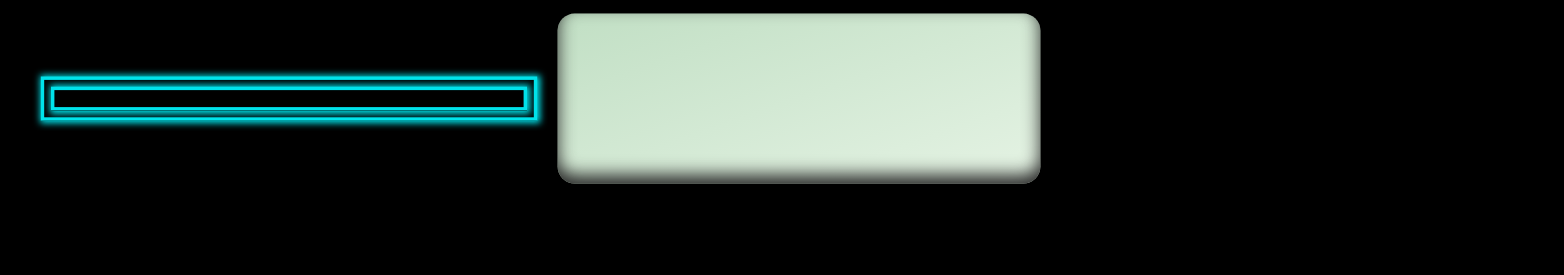
Repository: KhangNguyen3006/WebUI-UX
Page: /
An editor plug-in stored every save of this project. The page is shown before and after the next save, followed by the edit.
The browser window is 1280 px wide. The page is 1840 px wide, then 1280 px, so the pictures cover 1840 px, including what lies to the right of the window. The pictures show the whole page, at 85% of full size.
The project was rebuilt for these pictures with package versions that can differ from the ones it lists, and the page was loaded fresh each time. Also part of the build but not shown: src/App.css.

Above is the page before, as saved 2023-05-04 02:30:31.

### src/index.js
import React from 'react';
import ReactDOM from 'react-dom';
import './index.css';
import App from './App';
import reportWebVitals from './reportWebVitals';
import 'bootstrap/dist/css/bootstrap.min.css';
import './assets/css/Custom.css';

const root = ReactDOM.createRoot(document.getElementById('root'));
root.render(
  <React.StrictMode>
    <App />
  </React.StrictMode>
);

// If you want to start measuring performance in your app, pass a function
// to log results (for example: reportWebVitals(console.log))
// or send to an analytics endpoint. Learn more: https://bit.ly/CRA-vitals
reportWebVitals();

### src/App.js

import './App.css';
import HomePage from './pages/HomePage';

function App() {
  return (
    <div>
      <HomePage />
    </div>
  );
}

export default App

### src/assets/css/Custom.css
@import url(Home.css);
@import url(Rectangle.css);

body {
    margin: auto;
    padding: auto;
    background-color: #000;
}

* {
    box-sizing: border-box;
    width: auto;
    margin: auto;
    padding: 0;
}

### src/pages/HomePage.jsx
import React, { Component } from 'react'
import Home from '../components/home/Home'


class HomePage extends Component {
  render() {
    return (
      <div>
        <Home />
      </div>
    )
  }
}

export default HomePage

### src/assets/css/Home.css

.rectangle-linear-gradient {
    height: 200px;
    border-radius: 20px;
    box-shadow: 0px -10px 20px rgba(41, 41, 41, 1) inset;
    background-image: linear-gradient(to bottom right, #C1DFC4, #E5F3E4);
}

/* --------------------------------------------------------------------------- */

.pentagon-main {
    position: relative;
    display: flex;
    flex-direction: column;
    width: 344px;
    max-height: 290px;
    margin: 0 20px 130px;
}

.pentagon-main::before,
.pentagon-main::after {
    content: '';
}

.pentagon-main::before,
.pentagon-main::after {
    position: absolute;
    min-width: 100%;
    min-height: 120%;
    clip-path: polygon(50% 0%, 100% 40%, 82% 100%, 18% 100%, 0% 40%);
    z-index: 1;
}

.pentagon-main::before {
    background: #00E2EA;
    transform: scale(1.065);
}

.pentagon-main::after {
    background: #000;
    /* background-image: linear-gradient(to bottom, rgba(255, 0, 0, 0), rgba(0, 226, 234, 0.1), rgba(0, 226, 234, 0.9)); */
}

.w-1200 {
    width: 1200px;
}

### src/assets/css/Rectangle.css
.rectangle {
    border: 4px solid #00E2EA;
    padding: 7px;
    box-shadow: 2px 1px 8px 3px #00E2EA;
}

.rectangle-mini {
    border: 4px solid #00E2EA;
    padding: 10px;
    box-shadow: 2px 1px 8px 3px #00E2EA;
}

### src/components/home/Home.jsx
import React, { Component } from 'react'
import { Col } from 'react-bootstrap'

class Home extends Component {
    render() {
        return (
            <div className='w-1200 d-flex flex-row'>
                <Col sm={6}>
                    <div className="rectangle p-2 m-2">
                        <div className="rectangle-mini">
                        </div>
                    </div>
                </Col>
                <Col sm={6}>
                    <div className="rectangle-linear-gradient p-2 m-3">
                    </div>
                </Col>

                <Col sm={6}>
                    <div className="pentagon-main">
                    </div>
                </Col>

            </div>
        )
    }
}

export default Home

Loaded but not shown: public/index.html (common file); src/index.css (common file); src/reportWebVitals.js (common file)

After the next save:
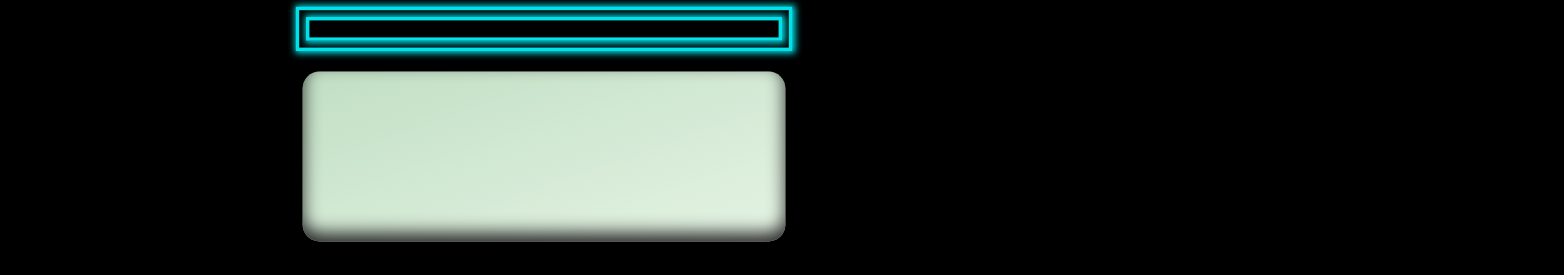
Saved 8 s later.
--- a/src/components/home/Home.jsx
+++ b/src/components/home/Home.jsx
@@ -4,7 +4,7 @@ import { Col } from 'react-bootstrap'
 class Home extends Component {
     render() {
         return (
-            <div className='w-1200 d-flex flex-row'>
+            <div className='w-1200 d-flex flex-column'>
                 <Col sm={6}>
                     <div className="rectangle p-2 m-2">
                         <div className="rectangle-mini">
